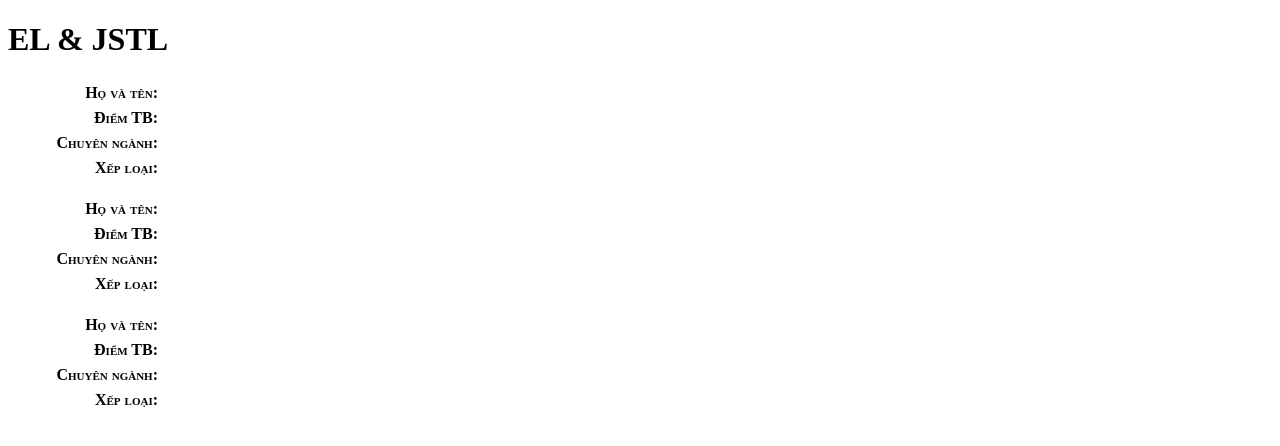
Repository: theweezar/Java
Page: http://localhost/PTITHCMS1L4/WEB-INF/views/student/index2.jsp
An editor plug-in stored every save of this project. The page is shown before and after the next save, followed by the edit.
The browser window is 1280 px wide. The pictures show the whole page.
The page is served by Tomcat 9. Nobody is signed in. The template is opened directly, without the code that normally fills it, so the values that code supplies are empty.

Above is the page before, as saved 2020-04-22 15:14:34.

After the next save:
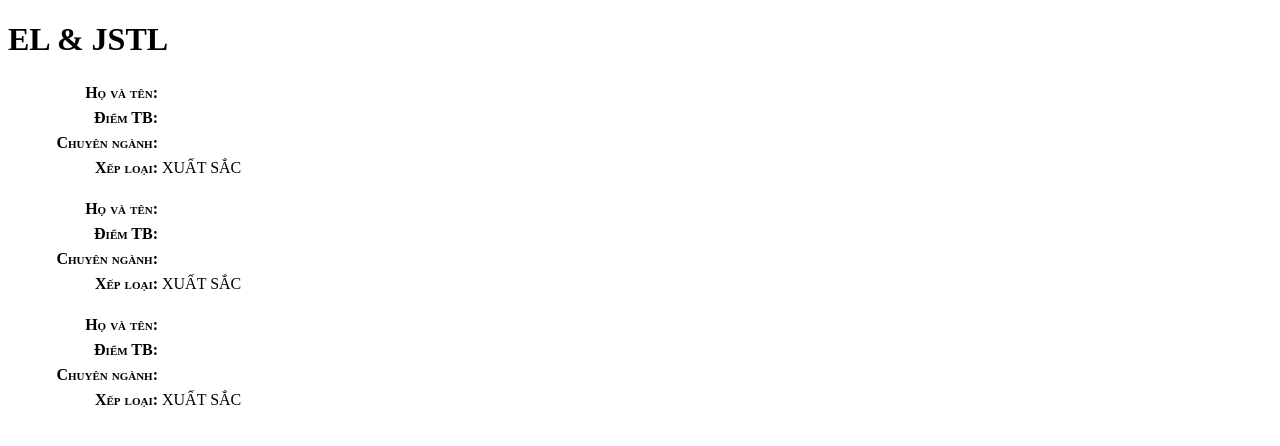
Saved 3 min 34 s later.
--- a/HoangPhanMinhDuc_N17DCAT018/PTITHCMS1L4/WebContent/WEB-INF/views/student/index2.jsp
+++ b/HoangPhanMinhDuc_N17DCAT018/PTITHCMS1L4/WebContent/WEB-INF/views/student/index2.jsp
@@ -42,6 +42,7 @@
 				<c:when test="${bean.mark < 6.5 }">TRUNG BÌNH</c:when>
 				<c:when test="${bean.mark < 7.5 }">KHÁ</c:when>
 				<c:when test="${bean.mark < 9 }">GIỎI</c:when>
+				<c:otherwise>XUẤT SẮC</c:otherwise>
 			</c:choose>
 		</li>
 	</ul>
@@ -65,6 +66,7 @@
 				<c:when test="${list[0].mark < 6.5 }">TRUNG BÌNH</c:when>
 				<c:when test="${list[0].mark < 7.5 }">KHÁ</c:when>
 				<c:when test="${list[0].mark < 9 }">GIỎI</c:when>
+				<c:otherwise>XUẤT SẮC</c:otherwise>
 			</c:choose>
 		</li>
 	</ul>
@@ -88,6 +90,7 @@
 				<c:when test="${map.get('KietLPT').mark < 6.5 }">TRUNG BÌNH</c:when>
 				<c:when test="${map.get('KietLPT').mark < 7.5 }">KHÁ</c:when>
 				<c:when test="${map.get('KietLPT').mark < 9 }">GIỎI</c:when>
+				<c:otherwise>XUẤT SẮC</c:otherwise>
 			</c:choose>
 		</li>
 	</ul>
